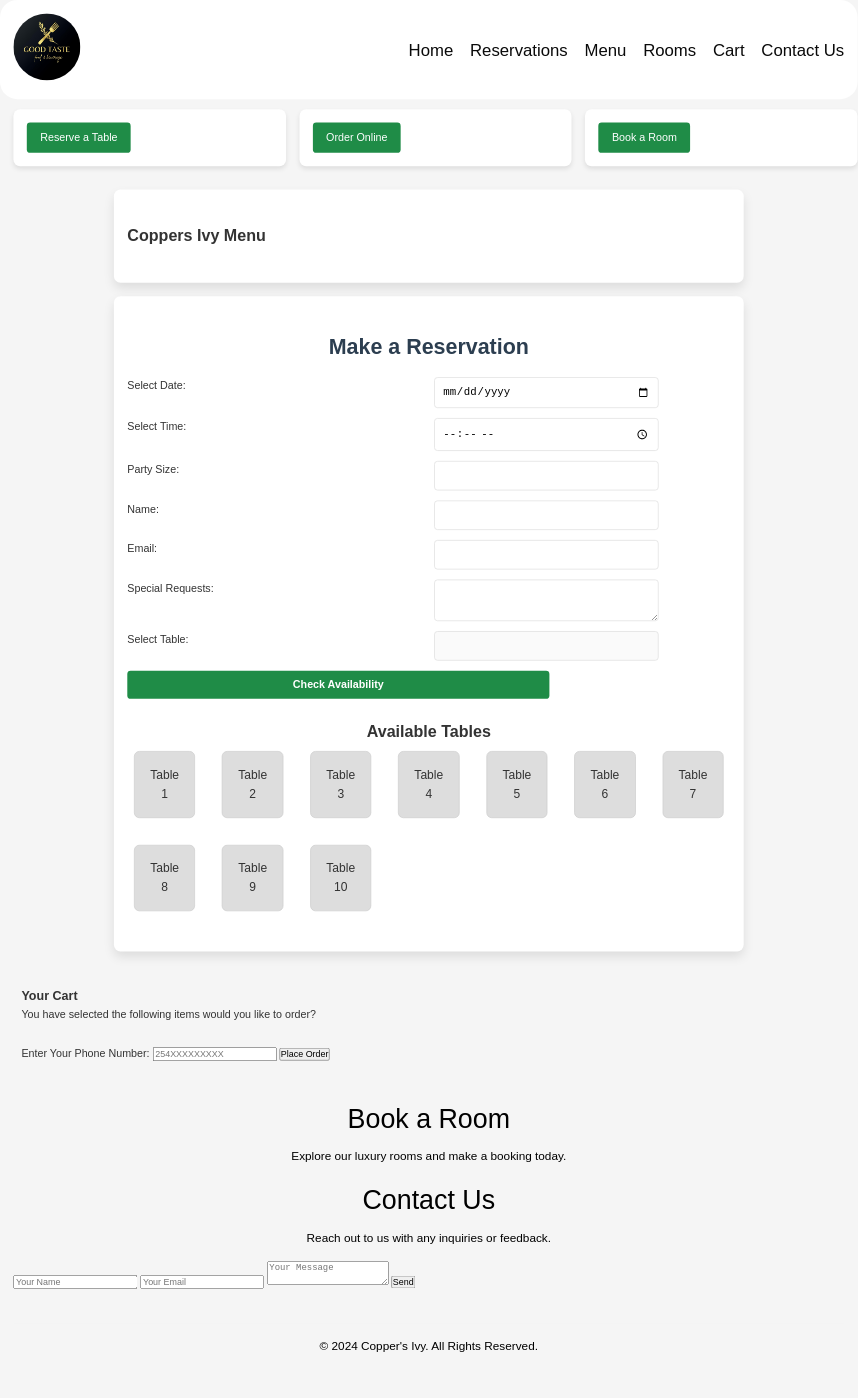
Repository: malingubarnice/Online-Reservation-System
Page: index.html
The author's editor kept a copy of each file at every save. The page is drawn from the files as they stood at one save, then again after the next save.
The browser window is 1280 px wide. The pictures show the whole page, at 67% of full size.

Above is the page before, as saved 2025-02-08 16:16:35.

After the next save:
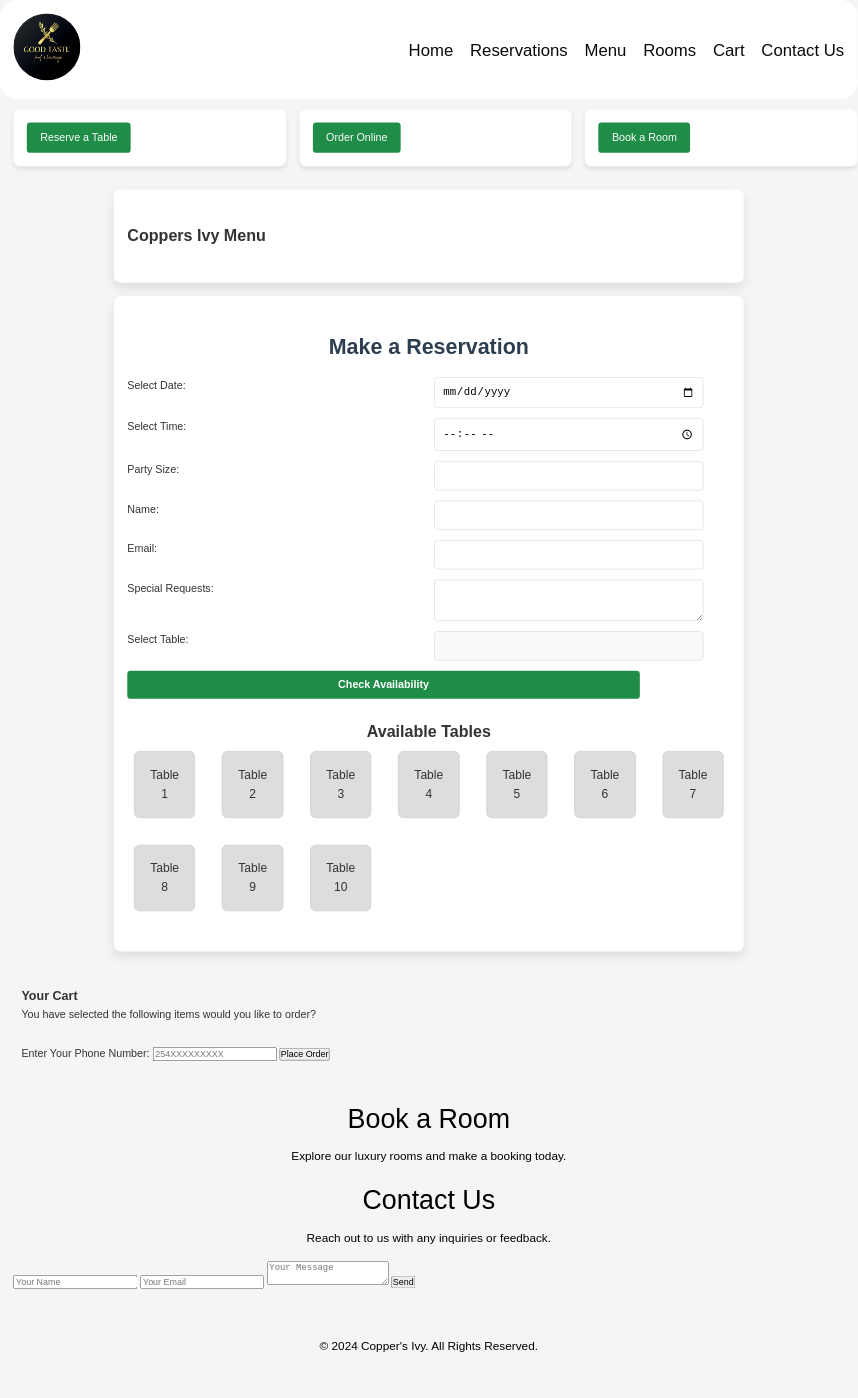
Saved 24 s later.
--- a/styles.css
+++ b/styles.css
@@ -143,7 +143,7 @@
     border-radius: 5px;
     font-size: 16px;
     transition: border-color 0.3s;
-    width: 70%;
+    width: 85%;
 }
 
 .reservation-form input:focus,
